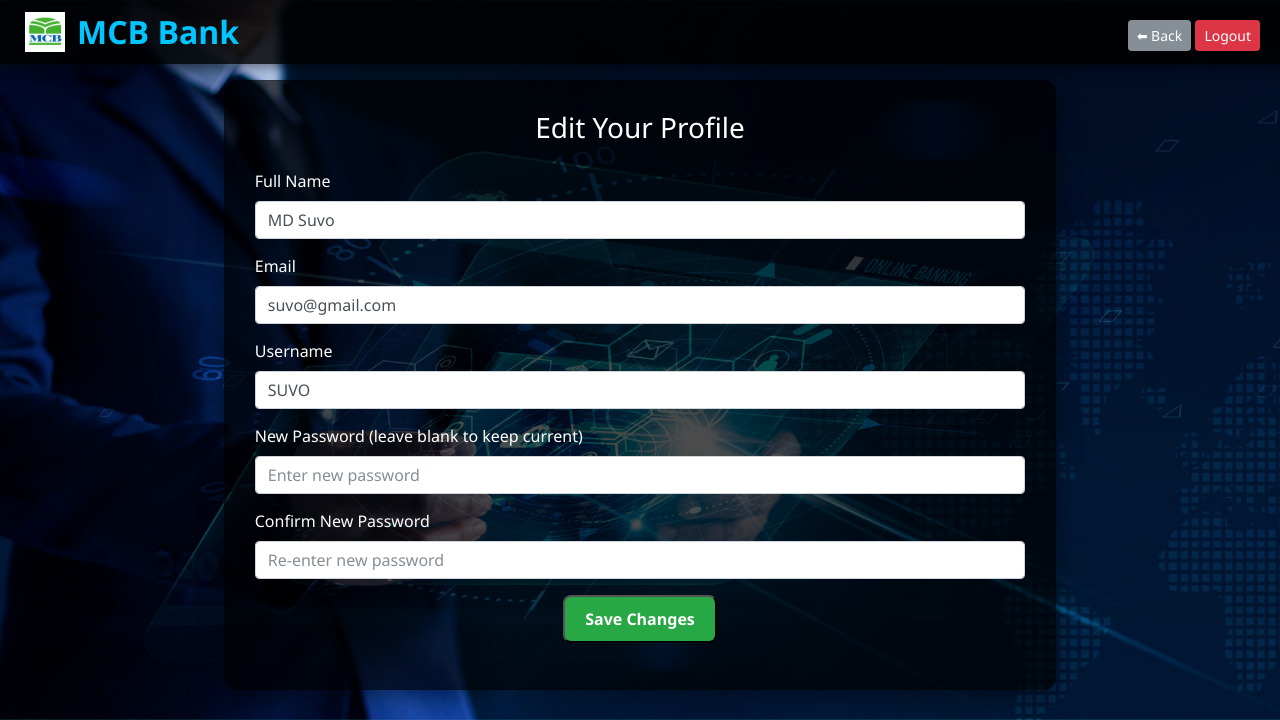
Repository: mhbshimla/my-bank
Page: http://localhost/edit_manager.php?id=2
An editor plug-in stored every save of this project. The page is shown before and after the next save, followed by the edit.
The browser window is 1280 px wide. The pictures show the whole page.
The page is run by PHP 8.4 with error messages shown; the project is at /var/www/html/. The session is filled in as if someone had signed in: {"userId": 2, "user": {"id": 2, "email": "some2@gmail.com", "name": "Ali khan", "balance": 56000, "nid": "3210375555343", "number": "03356910260", "city": "Islamabad", "address": "Some where in isb", "source": "Programmer", "accountNo": 10054777, "branch": 1, "accountType": "Saving", "date": "2017-12-14 04:50:06"}, "cashId": 2, "managerId": 2}. The database holds what the project's SQL file puts in it.

Above is the page before, as saved 2025-11-30 20:52:50.
Console error: ReferenceError: $ is not defined

After the next save:
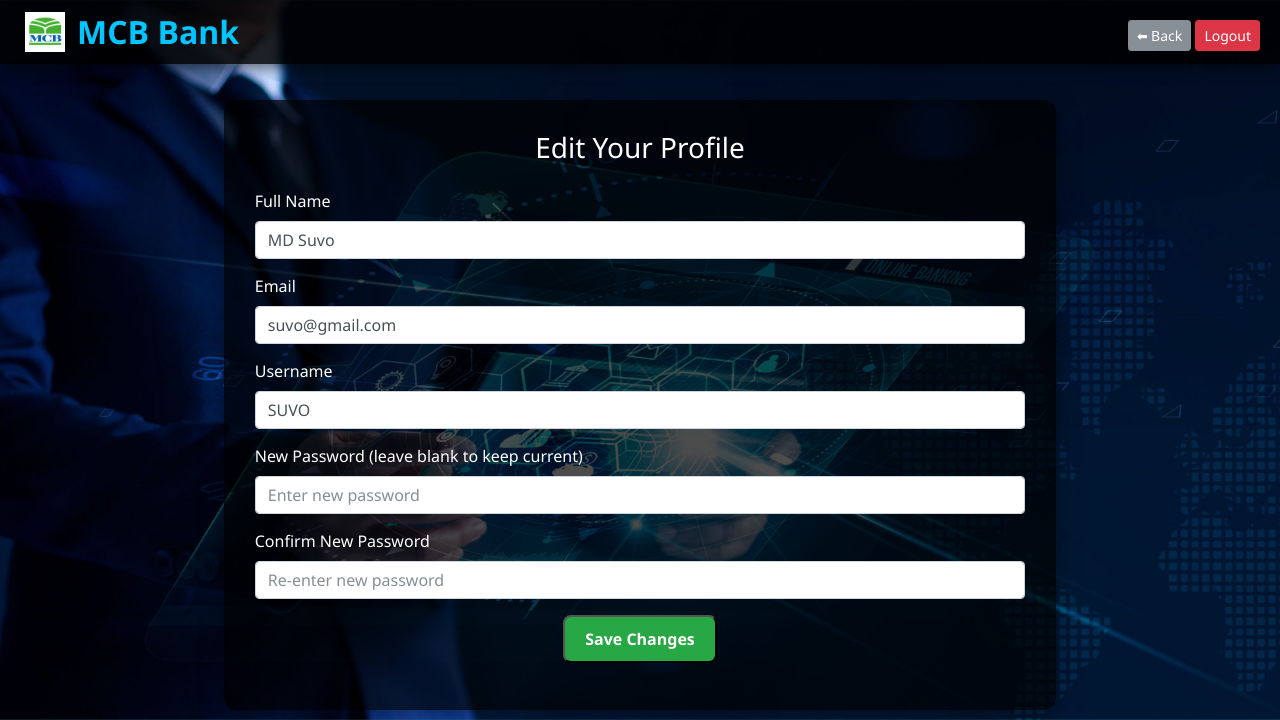
Saved 41 s later.
--- a/edit_manager.php
+++ b/edit_manager.php
@@ -48,12 +48,12 @@ $manager = $result->fetch_assoc();
 <head>
     <title>Edit Profile - MCB Bank</title>
     <style>
-        body {
+         body {
             background: url("images/bg-login5.jpg") no-repeat center center fixed;
             background-size: cover;
             font-family: "Segoe UI", Tahoma, Geneva, Verdana, sans-serif;
             color: #fff;
-            padding-top: 80px;
+            padding-top: 100px; /* increased to clear fixed header */
         }
         .card {
             background: rgba(0,0,0,0.7);
